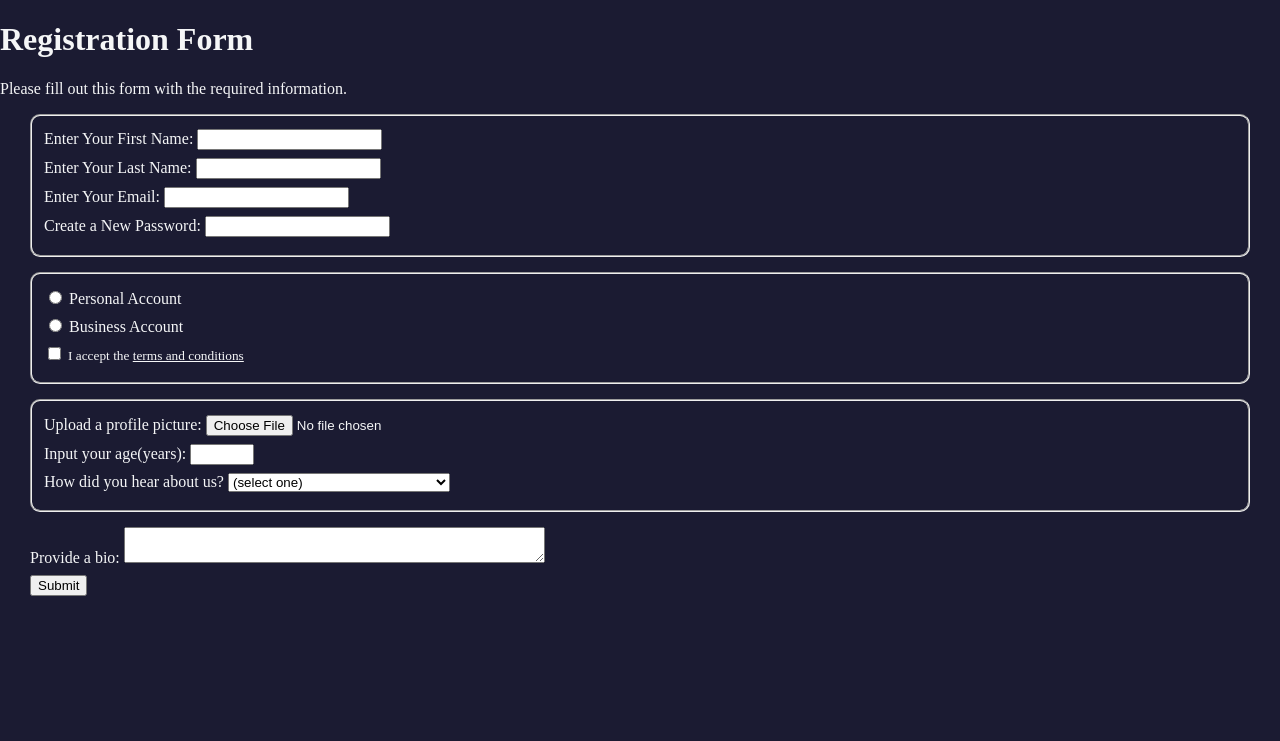
Repository: Lungdjos/registration_form
Page: index.html
The author's editor kept a copy of each file at every save. The page is drawn from the files as they stood at one save, then again after a run of saves.
The browser window is 1280 px wide. The pictures show the whole page.

Above is the page before, as saved 2023-09-28 16:03:48.

After the next 2 saves:
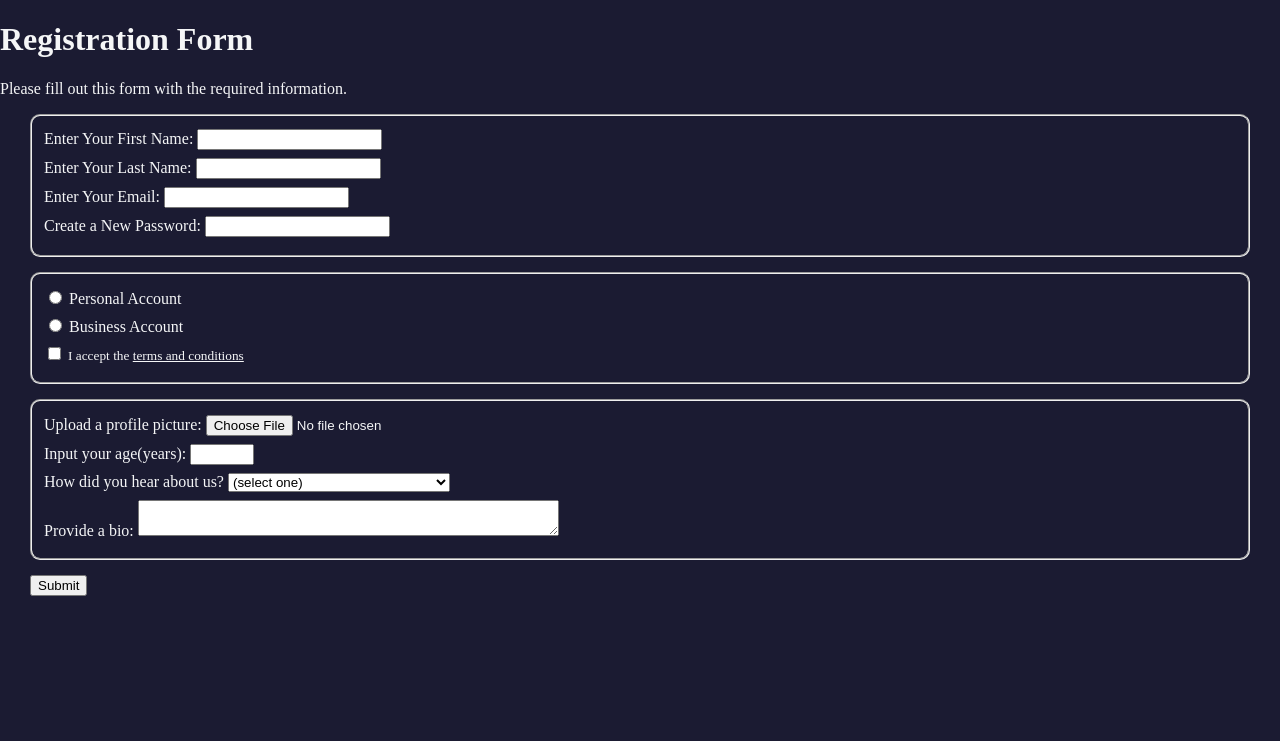
The 2 saves are shown as one change because they came seconds apart.
The last was saved 67 s later.
--- a/index.html
+++ b/index.html
@@ -36,10 +36,11 @@
                     <option value="4">Other</option>
                 </select>
             </label>
-        </fieldset>
-        <label for="">Provide a bio:
+            <label for="">Provide a bio:
             <textarea name="" id="" cols="50" rows="2"></textarea>
         </label>
+        </fieldset>
+
         <input type="submit" value="Submit" name="" id="">
     </form>
 </body>
